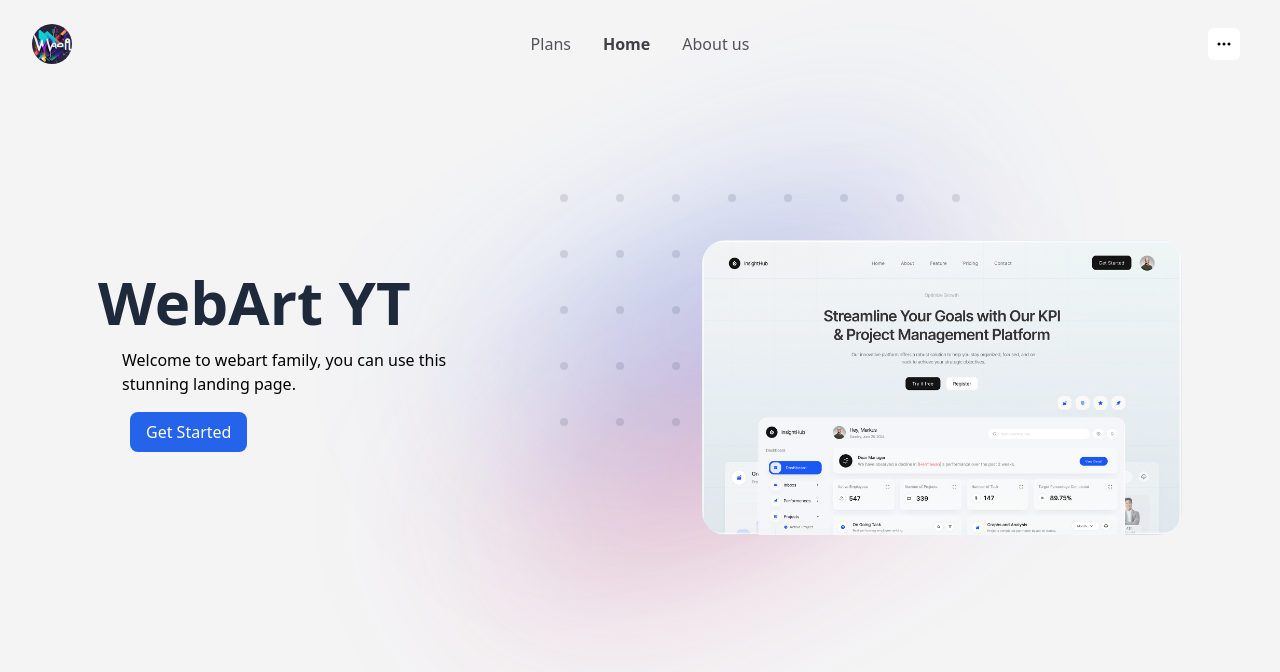
Repository: 30namp/youtube-web-art-code
Page: stunning landing page 1/index.html
These files come from the project's save history. The page is drawn as it stood at one moment and after the next save; the edit follows.
The browser window is 1280 px wide. The pictures show the whole page.

Above is the page before, as saved 2024-09-26 21:22:51.

After the next save:
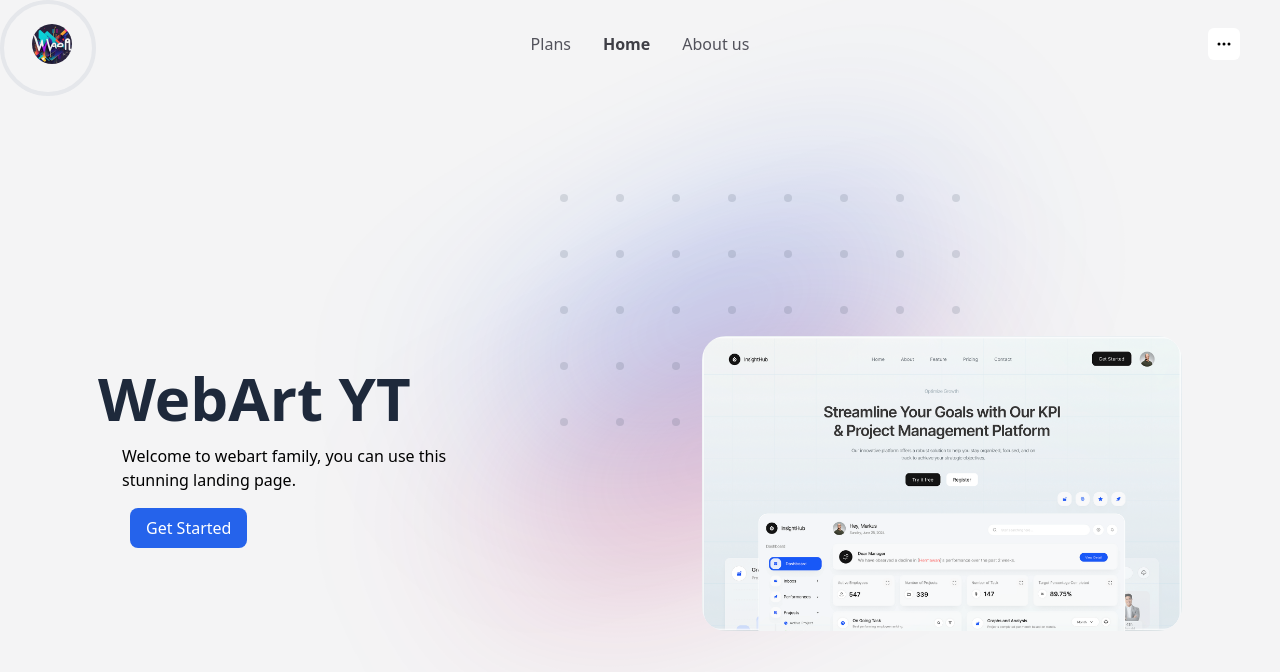
Saved 67 s later.
--- a/stunning landing page 1/index.html
+++ b/stunning landing page 1/index.html
@@ -58,6 +58,8 @@
       <div class="rounded-full bg-slate-700/30 size-2 shadow-lg"></div>
     </div>
 
+    <div class="circle size-24 rounded-full border-4"></div>
+
     <!-- navbar -->
     <nav
       class="z-10 absolute top-0 left-0 right-0 flex justify-center items-center py-8 px-8"

After the 2 saves that followed:
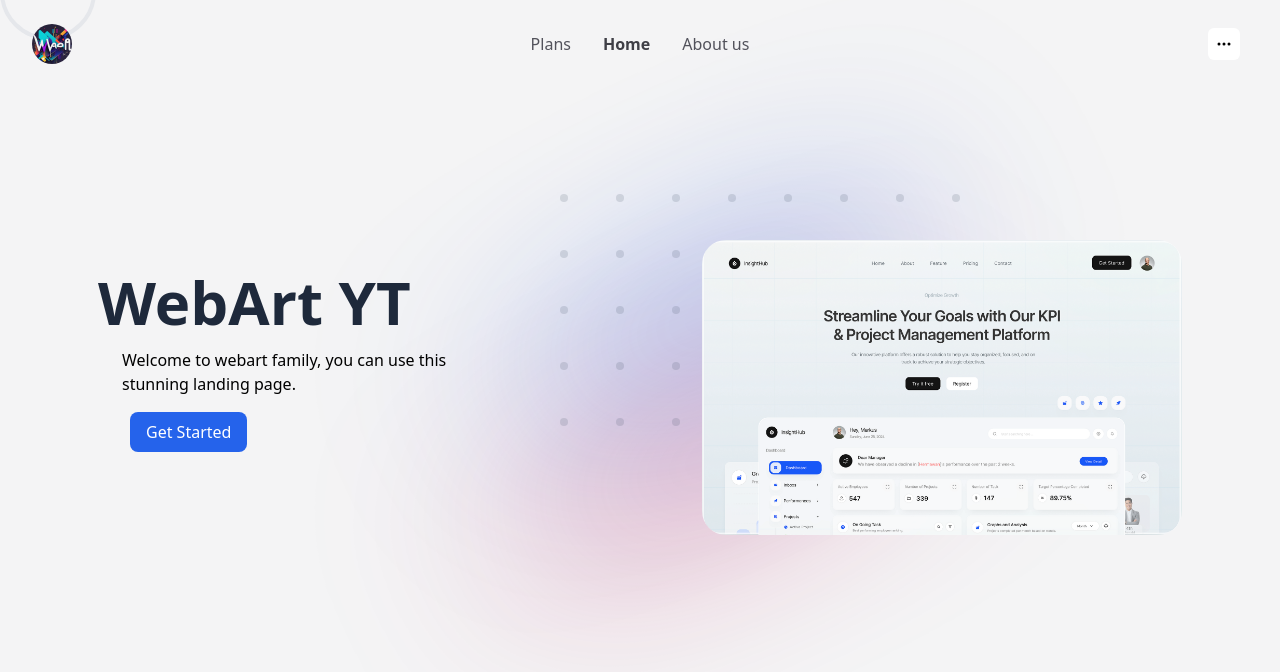
The 2 saves are shown as one change because 1 left the picture as it was.
The last was saved 15 s later.
--- a/stunning landing page 1/index.html
+++ b/stunning landing page 1/index.html
@@ -58,7 +58,7 @@
       <div class="rounded-full bg-slate-700/30 size-2 shadow-lg"></div>
     </div>
 
-    <div class="circle size-24 rounded-full border-4"></div>
+    <div class="circle size-24 rounded-full border-4 absolute -top-14"></div>
 
     <!-- navbar -->
     <nav
